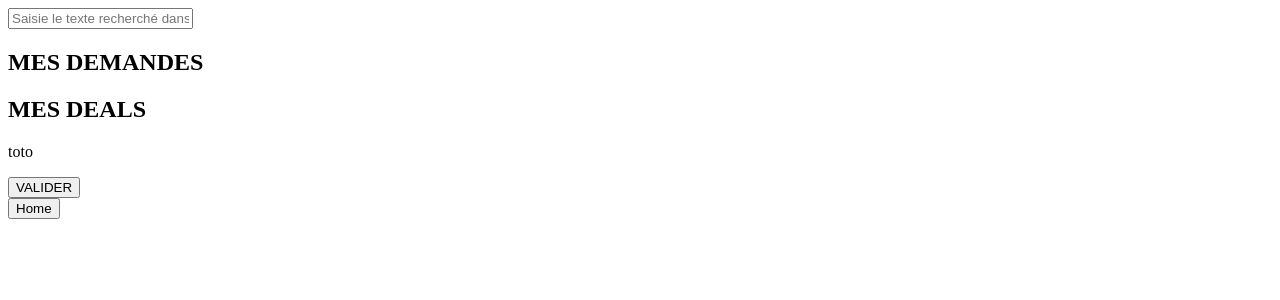
Repository: ProjetManiax/Projet-Maniax
Page: http://localhost/database/application/views/viewDeal.php
An editor plug-in stored every save of this project. The page is shown before and after the next save, followed by the edit.
The browser window is 1280 px wide. The pictures show the whole page.
The page is run by PHP 8.4 with error messages shown; the project is at /var/www/html/. application/core/MY_Config.php is not in the repository; a stand-in opens the database connection.

Above is the page before, as saved 2018-10-25 03:43:50.
Console error: SyntaxError: Unexpected token '<'

### application/views/viewDeal.php
<!DOCTYPE html>
<html lang="en">
<head>
<meta charset="utf-8" />
    <meta http-equiv="X-UA-Compatible" content="IE=edge">
    <title>Création d'un deal</title>
    <meta name="viewport" content="width=device-width, initial-scale=1">
    <script src='../jQuery/jquery-3.1.1.js'></script>
    <script src='../js/myFunctions.js'></script>
    <link rel="stylesheet" href="../css/bootstrap.min.css">
</head>
<body>
    <div>
        <input type="text" class="col-md-12 bg-light" placeholder="Saisie le texte recherché dans une offre">
    </div>
    <div class="row">
        <div class="col-md-6">
            <div>
                <h2>MES DEMANDES</h2>

            </div>
            <div>
                <h2 class="">MES DEALS</h2>
            </div>
        </div>
        <div class="col-md-6">
            <div>
            <p>toto</p>
            </div>
            <div>

            </div>
        </div>
    </div>
    <div class="container-fluid row align-items-center">
        <div class="row">
            <a href="home"><button class="btn btn-lg btn-primary btn-block col-md-12">VALIDER</button></a><br>
            <a href="valider"><button class="btn btn-lg btn-primary btn-block" href="home" value="Home" name="home" >Home</button></a>
        </div>
    </div>

</body>
</html>

### index.php
<?php
/**
 * CodeIgniter
 *
 * An open source application development framework for PHP
 *
 * This content is released under the MIT License (MIT)
 *
 * Copyright (c) 2014 - 2018, British Columbia Institute of Technology
 *
 * Permission is hereby granted, free of charge, to any person obtaining a copy
 * of this software and associated documentation files (the "Software"), to deal
 * in the Software without restriction, including without limitation the rights
 * to use, copy, modify, merge, publish, distribute, sublicense, and/or sell
 * copies of the Software, and to permit persons to whom the Software is
 * furnished to do so, subject to the following conditions:
 *
 * The above copyright notice and this permission notice shall be included in
 * all copies or substantial portions of the Software.
 *
 * THE SOFTWARE IS PROVIDED "AS IS", WITHOUT WARRANTY OF ANY KIND, EXPRESS OR
 * IMPLIED, INCLUDING BUT NOT LIMITED TO THE WARRANTIES OF MERCHANTABILITY,
 * FITNESS FOR A PARTICULAR PURPOSE AND NONINFRINGEMENT. IN NO EVENT SHALL THE
 * AUTHORS OR COPYRIGHT HOLDERS BE LIABLE FOR ANY CLAIM, DAMAGES OR OTHER
 * LIABILITY, WHETHER IN AN ACTION OF CONTRACT, TORT OR OTHERWISE, ARISING FROM,
 * OUT OF OR IN CONNECTION WITH THE SOFTWARE OR THE USE OR OTHER DEALINGS IN
 * THE SOFTWARE.
 *
 * @package	CodeIgniter
 * @author	EllisLab Dev Team
 * @copyright	Copyright (c) 2008 - 2014, EllisLab, Inc. (https://ellislab.com/)
 * @copyright	Copyright (c) 2014 - 2018, British Columbia Institute of Technology (http://bcit.ca/)
 * @license	http://opensource.org/licenses/MIT	MIT License
 * @link	https://codeigniter.com
 * @since	Version 1.0.0
 * @filesource
 */

/*
 *---------------------------------------------------------------
 * APPLICATION ENVIRONMENT
 *---------------------------------------------------------------
 *
 * You can load different configurations depending on your
 * current environment. Setting the environment also influences
 * things like logging and error reporting.
 *
 * This can be set to anything, but default usage is:
 *
 *     development
 *     testing
 *     production
 *
 * NOTE: If you change these, also change the error_reporting() code below
 */
	define('ENVIRONMENT', isset($_SERVER['CI_ENV']) ? $_SERVER['CI_ENV'] : 'development');

/*
 *---------------------------------------------------------------
 * ERROR REPORTING
 *---------------------------------------------------------------
 *
 * Different environments will require different levels of error reporting.
 * By default development will show errors but testing and live will hide them.
 */
switch (ENVIRONMENT)
{
	case 'development':
		error_reporting(-1);
		ini_set('display_errors', 1);
	break;

	case 'testing':
	case 'production':
		ini_set('display_errors', 0);
		if (version_compare(PHP_VERSION, '5.3', '>='))
		{
			error_reporting(E_ALL & ~E_NOTICE & ~E_DEPRECATED & ~E_STRICT & ~E_USER_NOTICE & ~E_USER_DEPRECATED);
		}
		else
		{
			error_reporting(E_ALL & ~E_NOTICE & ~E_STRICT & ~E_USER_NOTICE);
		}
	break;

	default:
		header('HTTP/1.1 503 Service Unavailable.', TRUE, 503);
		echo 'The application environment is not set correctly.';
		exit(1); // EXIT_ERROR
}

/*
 *---------------------------------------------------------------
 * SYSTEM DIRECTORY NAME
 *---------------------------------------------------------------
 *
 * This variable must contain the name of your "system" directory.
 * Set the path if it is not in the same directory as this file.
 */
	$system_path = 'system';

/*
 *---------------------------------------------------------------
 * APPLICATION DIRECTORY NAME
 *---------------------------------------------------------------
 *
 * If you want this front controller to use a different "application"
 * directory than the default one you can set its name here. The directory
 * can also be renamed or relocated anywhere on your server. If you do,
 * use an absolute (full) server path.
 * For more info please see the user guide:
 *
 * https://codeigniter.com/user_guide/general/managing_apps.html
 *
 * NO TRAILING SLASH!
 */
	$application_folder = 'application';

/*
 *---------------------------------------------------------------
 * VIEW DIRECTORY NAME
 *---------------------------------------------------------------
 *
 * If you want to move the view directory out of the application
 * directory, set the path to it here. The directory can be renamed
 * and relocated anywhere on your server. If blank, it will default
 * to the standard location inside your application directory.
 * If you do move this, use an absolute (full) server path.
 *
 * NO TRAILING SLASH!
 */
	$view_folder = '';


/*
 * --------------------------------------------------------------------
 * DEFAULT CONTROLLER
 * --------------------------------------------------------------------
 *
 * Normally you will set your default controller in the routes.php file.
 * You can, however, force a custom routing by hard-coding a
 * specific controller class/function here. For most applications, you
 * WILL NOT set your routing here, but it's an option for those
 * special instances where you might want to override the standard
 * routing in a specific front controller that shares a common CI installation.
 *
 * IMPORTANT: If you set the routing here, NO OTHER controller will be
 * callable. In essence, this preference limits your application to ONE
 * specific controller. Leave the function name blank if you need
 * to call functions dynamically via the URI.
 *
 * Un-comment the $routing array below to use this feature
 */
	// The directory name, relative to the "controllers" directory.  Leave blank
	// if your controller is not in a sub-directory within the "controllers" one
	// $routing['directory'] = '';

	// The controller class file name.  Example:  mycontroller
	// $routing['controller'] = '';

	// The controller function you wish to be called.
	// $routing['function']	= '';


/*
 * -------------------------------------------------------------------
 *  CUSTOM CONFIG VALUES
 * -------------------------------------------------------------------
 *
 * The $assign_to_config array below will be passed dynamically to the
 * config class when initialized. This allows you to set custom config
 * items or override any default config values found in the config.php file.
 * This can be handy as it permits you to share one application between
 * multiple front controller files, with each file containing different
 * config values.
 *
 * Un-comment the $assign_to_config array below to use this feature
 */
	// $assign_to_config['name_of_config_item'] = 'value of config item';



// --------------------------------------------------------------------
// END OF USER CONFIGURABLE SETTINGS.  DO NOT EDIT BELOW THIS LINE
// --------------------------------------------------------------------

/*
 * ---------------------------------------------------------------
 *  Resolve the system path for increased reliability
 * ---------------------------------------------------------------
 */

	// Set the current directory correctly for CLI requests
	if (defined('STDIN'))
	{
		chdir(dirname(__FILE__));
	}

	if (($_temp = realpath($system_path)) !== FALSE)
	{
		$system_path = $_temp.DIRECTORY_SEPARATOR;
	}
	else
	{
		// Ensure there's a trailing slash
		$system_path = strtr(
			rtrim($system_path, '/\\'),
			'/\\',
			DIRECTORY_SEPARATOR.DIRECTORY_SEPARATOR
		).DIRECTORY_SEPARATOR;
	}

	// Is the system path correct?
	if ( ! is_dir($system_path))
	{
		header('HTTP/1.1 503 Service Unavailable.', TRUE, 503);
		echo 'Your system folder path does not appear to be set correctly. Please open the following file and correct this: '.pathinfo(__FILE__, PATHINFO_BASENAME);
		exit(3); // EXIT_CONFIG
	}

/*
 * -------------------------------------------------------------------
 *  Now that we know the path, set the main path constants
 * -------------------------------------------------------------------
 */
	// The name of THIS file
	define('SELF', pathinfo(__FILE__, PATHINFO_BASENAME));

	// Path to the system directory
	define('BASEPATH', $system_path);

	// Path to the front controller (this file) directory
	define('FCPATH', dirname(__FILE__).DIRECTORY_SEPARATOR);

	// Name of the "system" directory
	define('SYSDIR', basename(BASEPATH));

	// The path to the "application" directory
	if (is_dir($application_folder))
	{
		if (($_temp = realpath($application_folder)) !== FALSE)
		{
			$application_folder = $_temp;
		}
		else
		{
			$application_folder = strtr(
				rtrim($application_folder, '/\\'),
				'/\\',
				DIRECTORY_SEPARATOR.DIRECTORY_SEPARATOR
			);
		}
	}
	elseif (is_dir(BASEPATH.$application_folder.DIRECTORY_SEPARATOR))
	{
		$application_folder = BASEPATH.strtr(
			trim($application_folder, '/\\'),
			'/\\',
			DIRECTORY_SEPARATOR.DIRECTORY_SEPARATOR
		);
	}
	else
	{
		header('HTTP/1.1 503 Service Unavailable.', TRUE, 503);
		echo 'Your application folder path does not appear to be set correctly. Please open the following file and correct this: '.SELF;
		exit(3); // EXIT_CONFIG
	}

	define('APPPATH', $application_folder.DIRECTORY_SEPARATOR);

	// The path to the "views" directory
	if ( ! isset($view_folder[0]) && is_dir(APPPATH.'views'.DIRECTORY_SEPARATOR))
	{
		$view_folder = APPPATH.'views';
	}
	elseif (is_dir($view_folder))
	{
		if (($_temp = realpath($view_folder)) !== FALSE)
		{
			$view_folder = $_temp;
		}
		else
		{
			$view_folder = strtr(
				rtrim($view_folder, '/\\'),
				'/\\',
				DIRECTORY_SEPARATOR.DIRECTORY_SEPARATOR
			);
		}
	}
	elseif (is_dir(APPPATH.$view_folder.DIRECTORY_SEPARATOR))
	{
		$view_folder = APPPATH.strtr(
			trim($view_folder, '/\\'),
			'/\\',
			DIRECTORY_SEPARATOR.DIRECTORY_SEPARATOR
		);
	}
	else
	{
		header('HTTP/1.1 503 Service Unavailable.', TRUE, 503);
		echo 'Your view folder path does not appear to be set correctly. Please open the following file and correct this: '.SELF;
		exit(3); // EXIT_CONFIG
	}

	define('VIEWPATH', $view_folder.DIRECTORY_SEPARATOR);

/*
 * --------------------------------------------------------------------
 * LOAD THE BOOTSTRAP FILE
 * --------------------------------------------------------------------
 *
 * And away we go...
 */
require_once BASEPATH.'core/CodeIgniter.php';

### application/views/errors/html/error_php.php
<?php
defined('BASEPATH') OR exit('No direct script access allowed');
?>

<div style="border:1px solid #990000;padding-left:20px;margin:0 0 10px 0;">

<h4>A PHP Error was encountered</h4>

<p>Severity: <?php echo $severity; ?></p>
<p>Message:  <?php echo $message; ?></p>
<p>Filename: <?php echo $filepath; ?></p>
<p>Line Number: <?php echo $line; ?></p>

<?php if (defined('SHOW_DEBUG_BACKTRACE') && SHOW_DEBUG_BACKTRACE === TRUE): ?>

	<p>Backtrace:</p>
	<?php foreach (debug_backtrace() as $error): ?>

		<?php if (isset($error['file']) && strpos($error['file'], realpath(BASEPATH)) !== 0): ?>

			<p style="margin-left:10px">
			File: <?php echo $error['file'] ?><br />
			Line: <?php echo $error['line'] ?><br />
			Function: <?php echo $error['function'] ?>
			</p>

		<?php endif ?>

	<?php endforeach ?>

<?php endif ?>

</div>

### application/views/errors/html/error_exception.php
<?php
defined('BASEPATH') OR exit('No direct script access allowed');
?>

<div style="border:1px solid #990000;padding-left:20px;margin:0 0 10px 0;">

<h4>An uncaught Exception was encountered</h4>

<p>Type: <?php echo get_class($exception); ?></p>
<p>Message: <?php echo $message; ?></p>
<p>Filename: <?php echo $exception->getFile(); ?></p>
<p>Line Number: <?php echo $exception->getLine(); ?></p>

<?php if (defined('SHOW_DEBUG_BACKTRACE') && SHOW_DEBUG_BACKTRACE === TRUE): ?>

	<p>Backtrace:</p>
	<?php foreach ($exception->getTrace() as $error): ?>

		<?php if (isset($error['file']) && strpos($error['file'], realpath(BASEPATH)) !== 0): ?>

			<p style="margin-left:10px">
			File: <?php echo $error['file']; ?><br />
			Line: <?php echo $error['line']; ?><br />
			Function: <?php echo $error['function']; ?>
			</p>
		<?php endif ?>

	<?php endforeach ?>

<?php endif ?>

</div>

Loaded but not shown: system/core/CodeIgniter.php (common file); application/config/constants.php (common file); system/core/Common.php (common file); system/core/Benchmark.php (common file); system/core/Hooks.php (common file); system/core/Config.php (common file); system/core/Exceptions.php (common file); system/core/Log.php (common file); application/config/config.php (523 lines, source omitted)

After the next save:
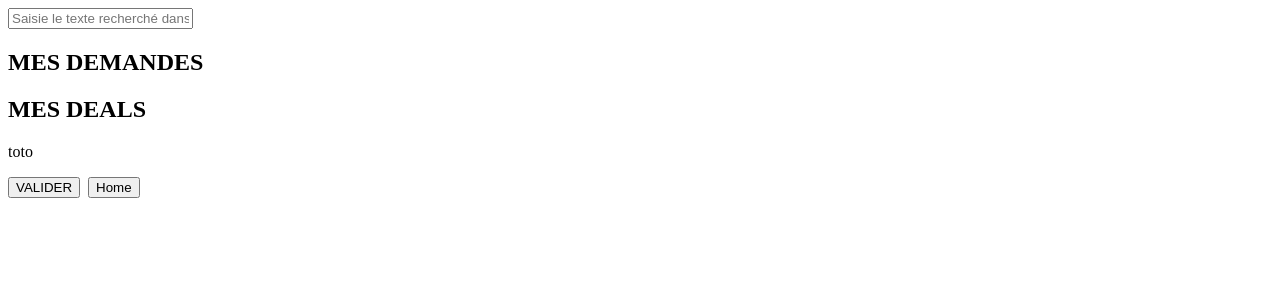
Saved 12 s later.
--- a/application/views/viewDeal.php
+++ b/application/views/viewDeal.php
@@ -34,7 +34,7 @@
     </div>
     <div class="container-fluid row align-items-center">
         <div class="row">
-            <a href="home"><button class="btn btn-lg btn-primary btn-block col-md-12">VALIDER</button></a><br>
+            <a href="home"><button class="btn btn-lg btn-primary btn-block col-md-12">VALIDER</button></a>&nbsp;
             <a href="valider"><button class="btn btn-lg btn-primary btn-block" href="home" value="Home" name="home" >Home</button></a>
         </div>
     </div>
